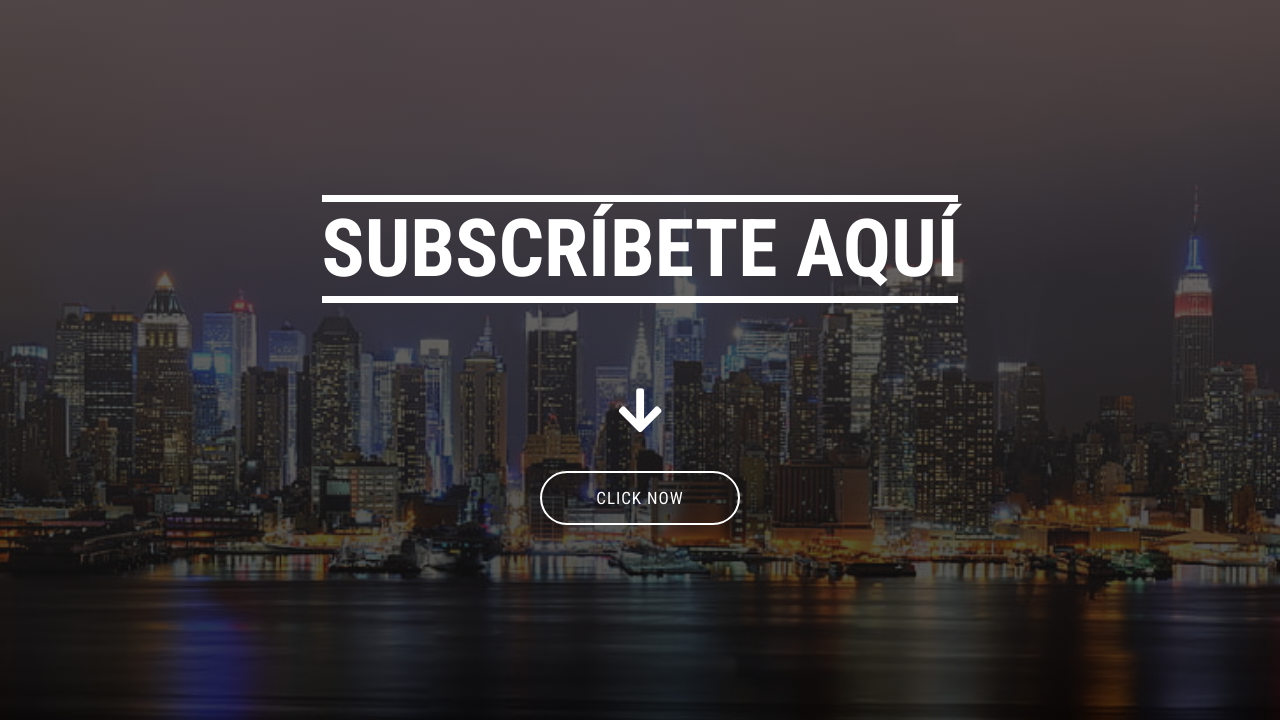
Repository: RaquelAlvarezz/Ejercicios-FormawebIV
Page: Formulario/index.html
These files come from the project's save history. The page is drawn as it stood at one moment and after the next save; the edit follows.
The browser window is 1280 px wide. The pictures show the whole page.
Some web libraries are served in a nearby version.

Above is the page before, as saved 2021-11-23 12:48:17.

After the next save:
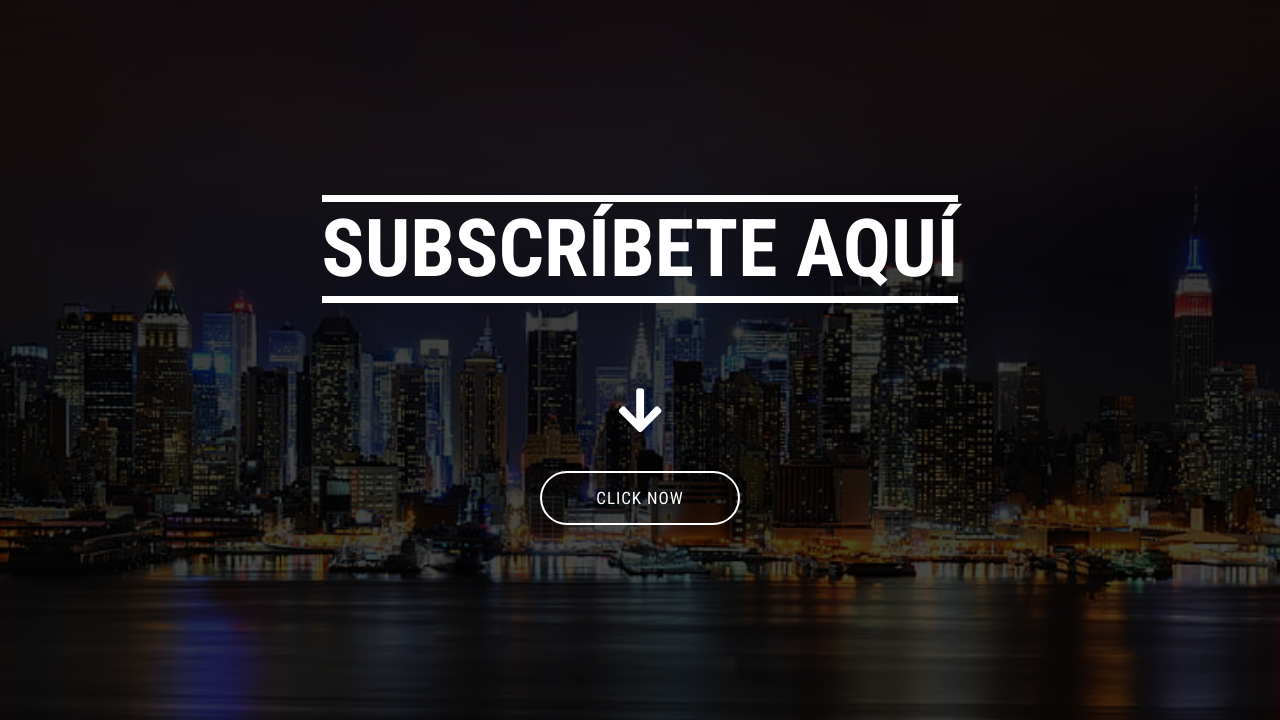
Saved 15 s later.
--- a/Formulario/css/styles.css
+++ b/Formulario/css/styles.css
@@ -6,7 +6,7 @@
 .container {
 	width: 100%;
 	height: 100vh;
-	background: linear-gradient(rgba(77, 72, 72, 0.8), rgba(0, 0, 0, .7)), url(/Formulario/img/new-york-lighting-wallpaper-preview.jpg) center no-repeat;
+	background: linear-gradient(rgba(0, 0, 0, .8), rgba(0, 0, 0, .7)), url(/Formulario/img/new-york-lighting-wallpaper-preview.jpg) center no-repeat;
 	background-size: cover;
 }
 
